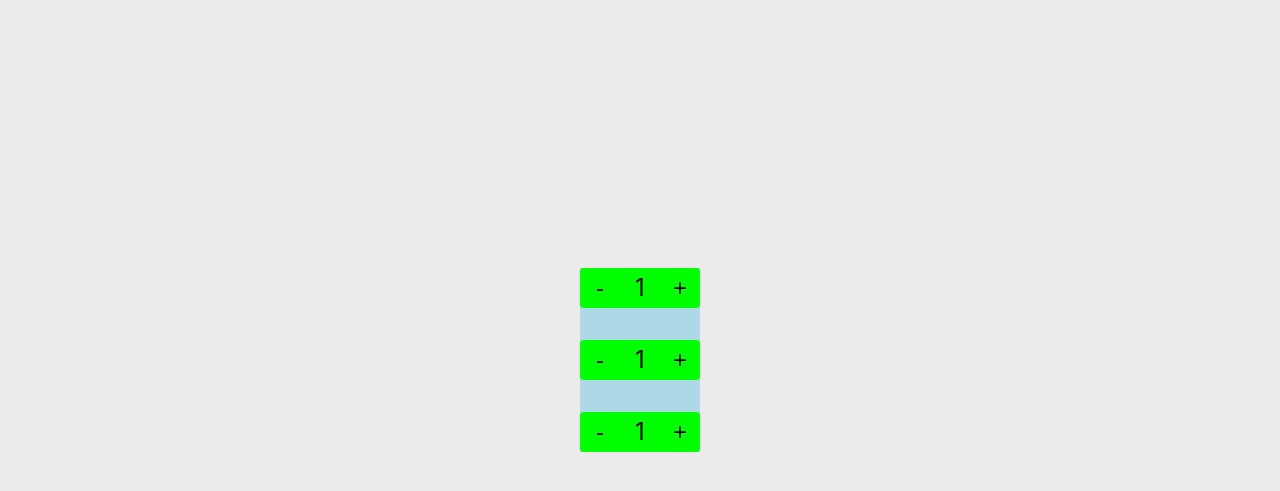
Repository: max535/test-task-netrika
Page: /
These files come from the project's save history. The page is drawn as it stood at one moment and after the next save; the edit follows.
The browser window is 1280 px wide. The pictures show the whole page.
The project was rebuilt for these pictures with package versions that can differ from the ones it lists, and the page was loaded fresh each time.

Above is the page before, as saved 2021-10-16 07:55:28.

### public/index.html
<!DOCTYPE html>
<html lang="en">
  <head>
    <meta charset="utf-8" />
    <meta name="viewport" content="width=device-width, initial-scale=1" />
    <title>Тестовые задания</title>
  </head>
  <body>
    <div id="root"></div>
  </body>
</html>

### src/App.js
import React from 'react';
import Counter from './Counter/Counter';
import './App.css';

function App() {
  return (
    <div className="App">
      <div className="Frame">
        <Counter style={{background: 'red'}} />
        <Counter className="Red" />
        <Counter className="Lime" />
      </div>
    </div>
  );
}

export default App;

### src/Counter/Counter.js
import React, { useState } from 'react';
import "./Counter.css";

const Counter = () => {
    const [count, setCount] = useState(1);

    const handleIncrement = () => {
        setCount(count + 1);
    }

    const handleDecrement = () => {
        setCount(count - 1);
    }

    return (
        <div className="Counter">
            <button className="Decrement" onClick={handleDecrement}>-</button>
            <div className="Count">{count}</div>
            <button className="Increment" onClick={handleIncrement}>+</button>
        </div>
    );
}

export default Counter;

### src/App.css
.App {
  position: fixed;
  top: 0;
  left: 0;
  width: 100%;
  height: 100%;
  display: flex;
  flex-direction: column;
  justify-content: center;
  align-items: center;
  background-color: #EBEBEB;
}

### src/Counter/Counter.css
.Frame {
    display: flex;
    flex-direction: column;
    justify-content: space-between;
    align-items: center;
    width: 120px;
    height: 184px;
    background-color: lightblue;
}


.Counter {
    display: flex;
    flex-direction: row;
    justify-content: space-between;
    width: 120px;
    height: 40px;
    background-color: lime;
    border: 0;
    border-radius: 50px;

}

.Decrement, .Increment {
    border-radius: 4px;
    width: 40px;
    height: 40px;
    border: none;
    background-color: inherit;
    font-size: 24px;
}

.Increment:hover, .Decrement:hover {
    background-color: #F7F7F7;
    transition: ease-in-out .2s;
}

.Increment:active, .Decrement:active {
    background-color: #DCDCDC;
}


/* .Increment {
    width: 40px;
    height: 40px;
} */

.Count {
    width: 40px;
    height: 40px;
    font-size: 24px;
    text-align: center;
    margin-top: 5px;
}

Loaded but not shown: src/index.js (common file); src/index.css (common file)

After the next save:
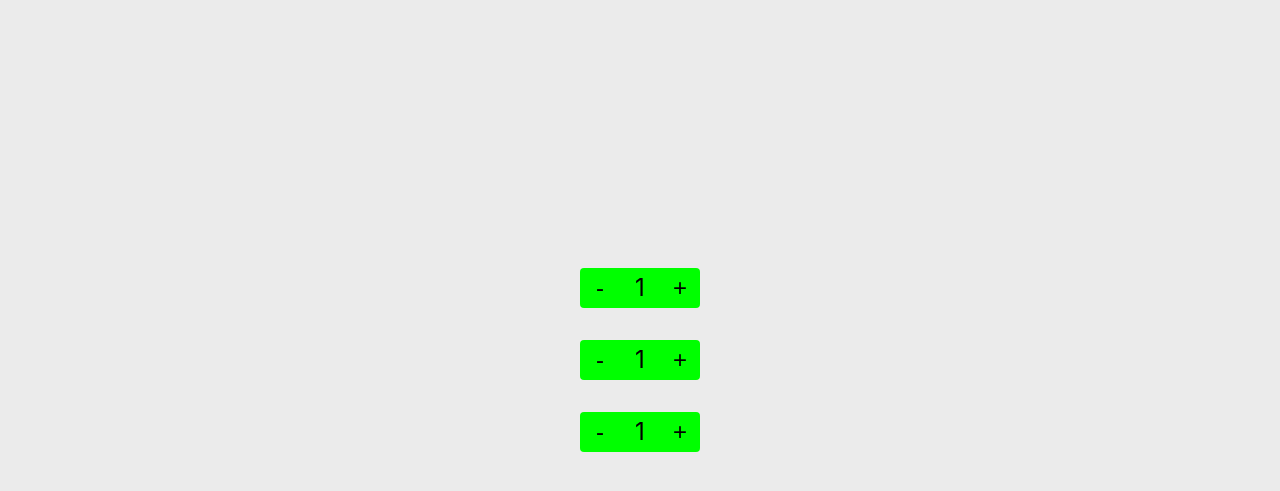
Saved 9 s later.
--- a/src/Counter/Counter.css
+++ b/src/Counter/Counter.css
@@ -5,7 +5,6 @@
     align-items: center;
     width: 120px;
     height: 184px;
-    background-color: lightblue;
 }
 
 
